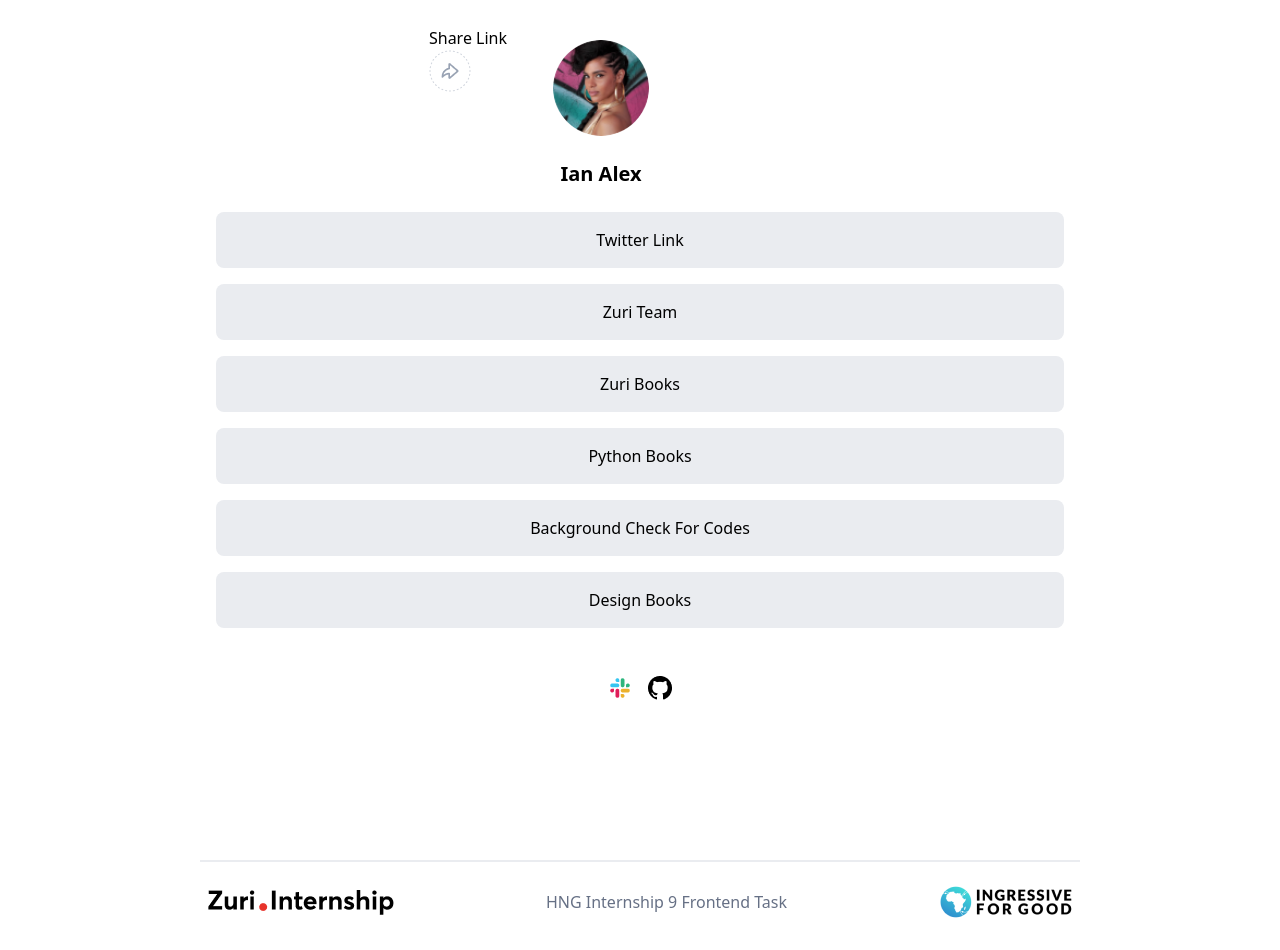
Repository: nonso7/hng9
Page: /
An editor plug-in stored every save of this project. The page is shown before and after the next save, followed by the edit.
The browser window is 1280 px wide. The pictures show the whole page.
The project was rebuilt for these pictures with package versions that can differ from the ones it lists, and the page was loaded fresh each time. Also part of the build but not shown: vite.config.js.

Above is the page before, as saved 2022-10-27 13:14:57.

After the next save:
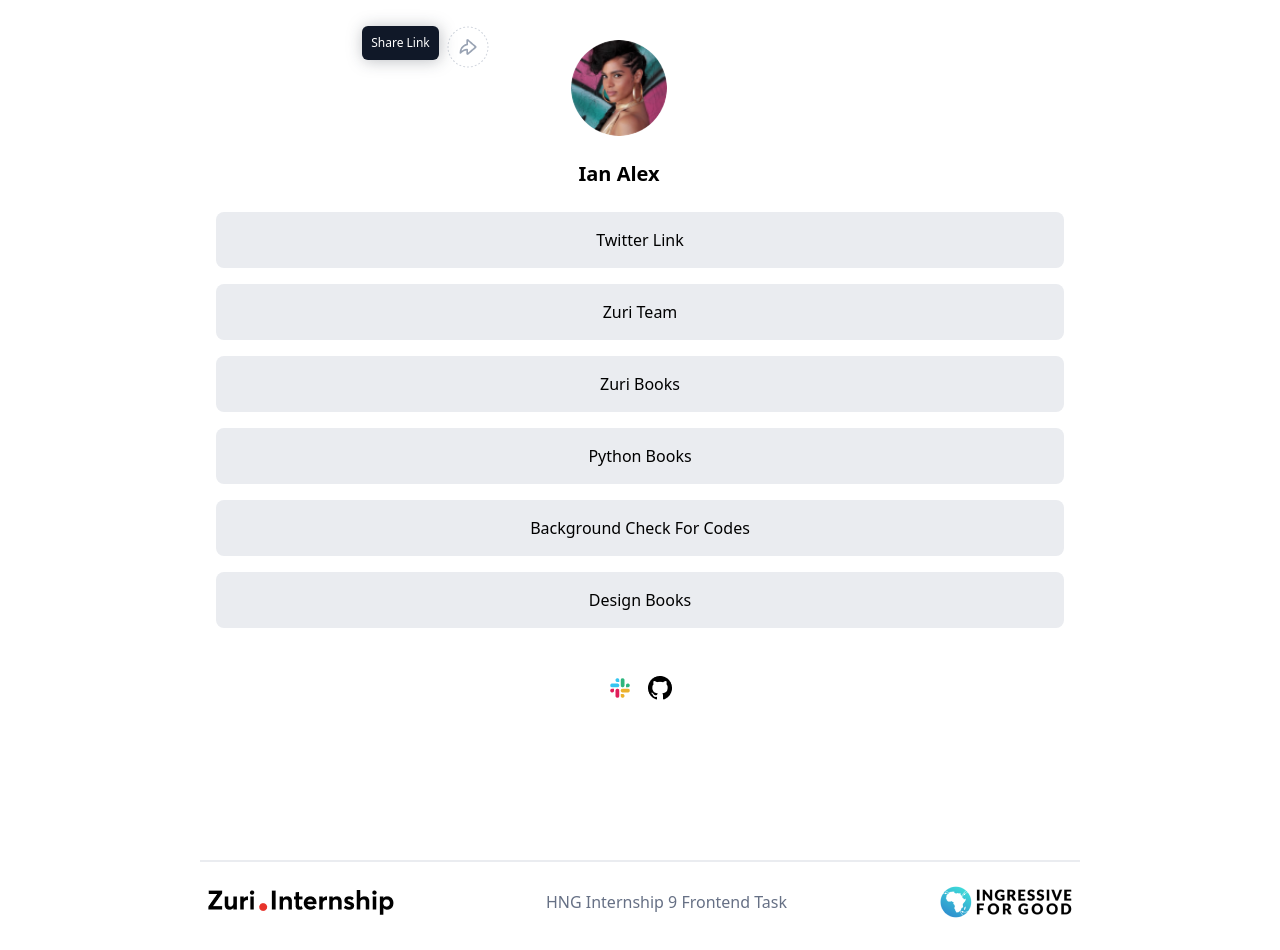
Saved 76 s later.
--- a/src/styles/tailwind.css
+++ b/src/styles/tailwind.css
@@ -48,4 +48,18 @@
 }
 
 .sharelink {
+  /*visibility: hidden;*/
+  position: absolute;
+  margin: 0;
+  width: 77px;
+  font-size: 12px;
+  background-color: #101828;
+  filter: drop-shadow(1px 1px 8px #10182848);
+  color: #fff;
+  text-align: center;
+  border-radius: 6px;
+  padding: 8px 0;
+  z-index: 1;
+  right: 50px;
+  transition: visibility 0.3s;
 }
